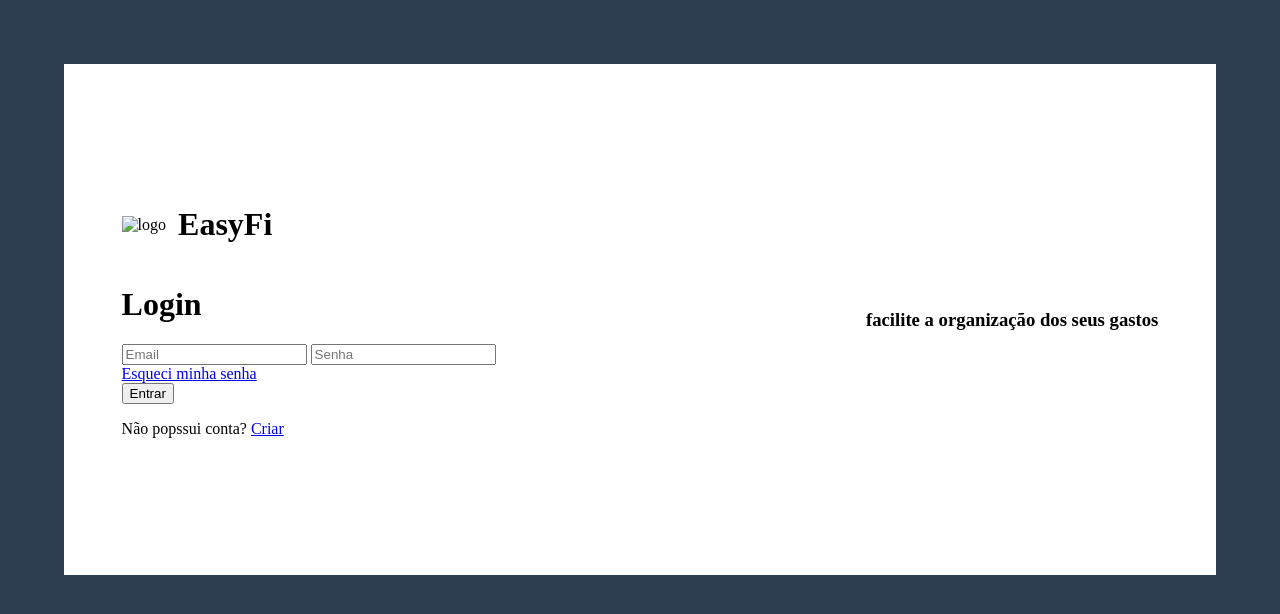
Repository: Ingridiag/projeto-engenharia
Page: login.html
The author's editor kept a copy of each file at every save. The page is drawn from the files as they stood at one save, then again after a run of saves.
The browser window is 1280 px wide. The pictures show the whole page.

Above is the page before, as saved 2024-10-28 15:22:58.

After the next 8 saves:
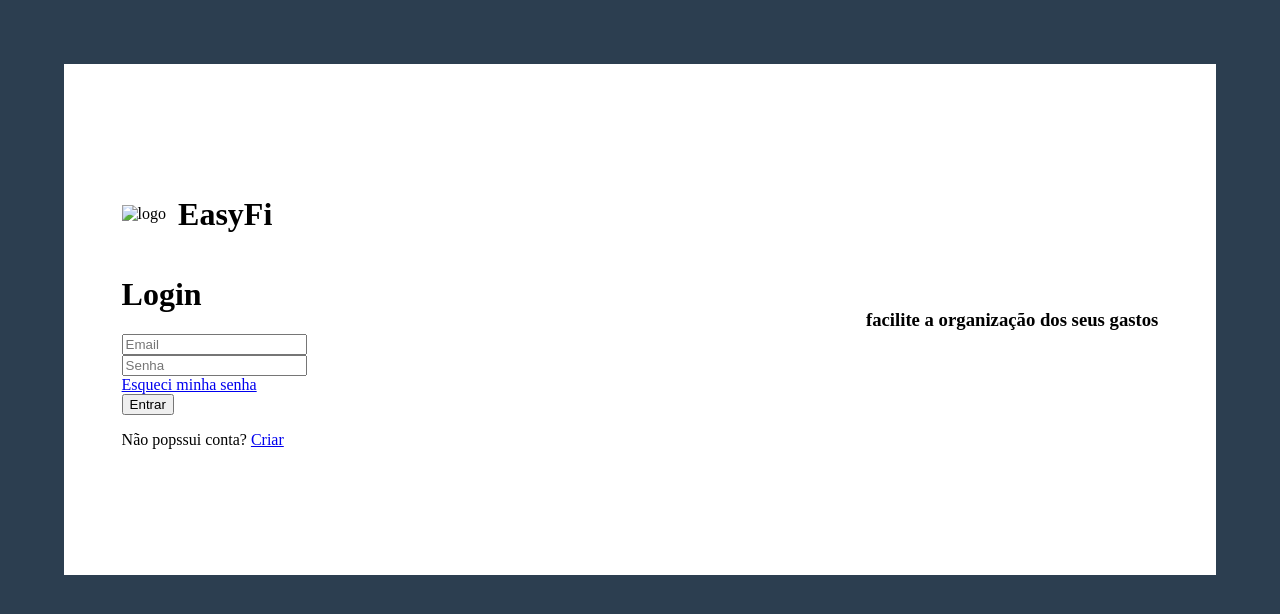
The 8 saves are shown as one change because they came seconds apart.
The last was saved 37 s later.
--- a/style.css
+++ b/style.css
@@ -32,6 +32,10 @@ body {
     align-items:center;
 
 }
+.formulario{
+    display: flex;
+    flex-direction: column;
+}
 .cadastro{
     display: none;
     flex-direction: column;
